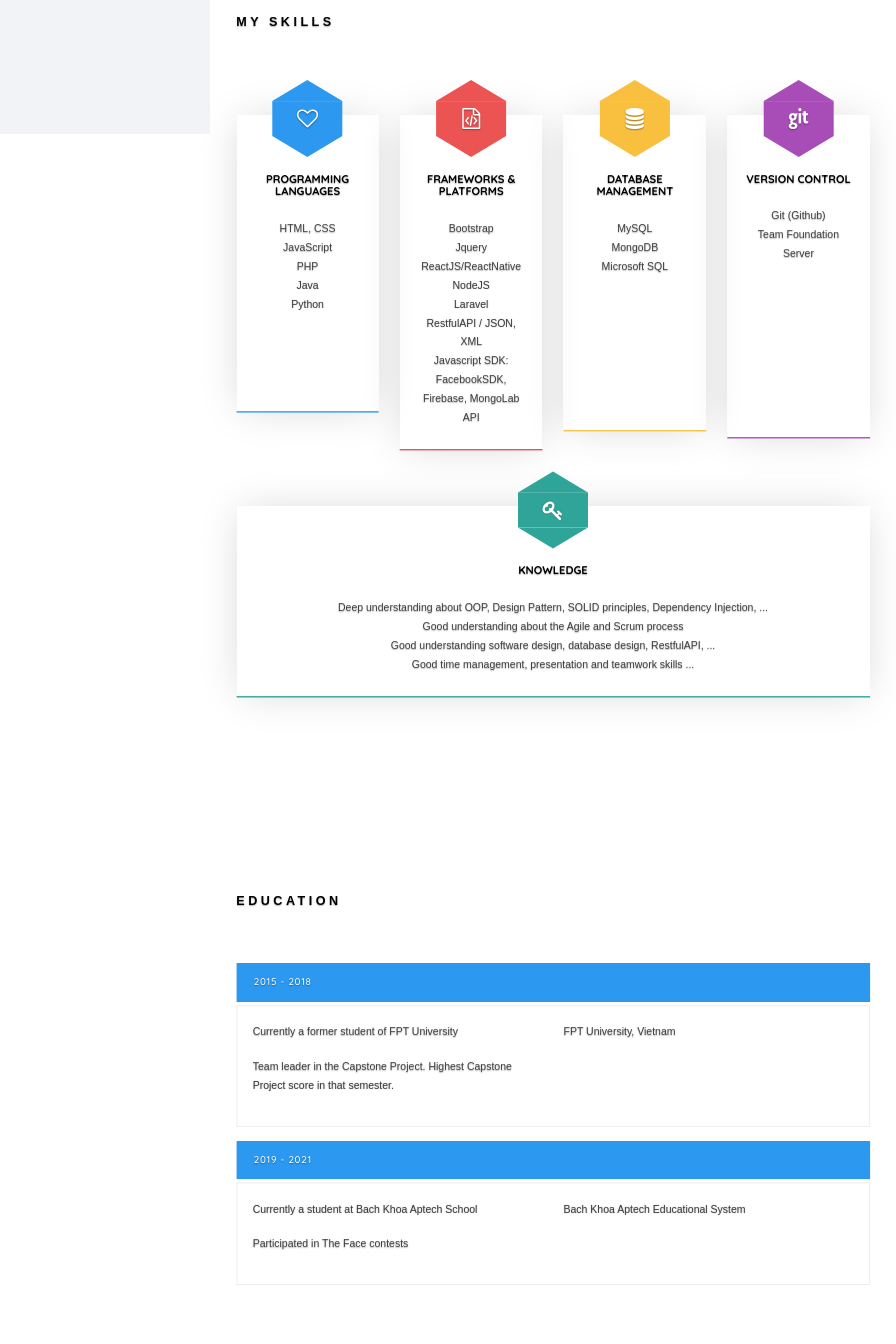
Repository: thinhnpptit/my-cv
Page: index.html
The author's editor kept a copy of each file at every save. The page is drawn from the files as they stood at one save, then again after the next save.
The browser window is 1280 px wide. The pictures show the part of the page from y = 528 to 2448 px (the page is 4248 px tall before and 4275 px after), at 70% of full size.
Some web fonts or font styles are not loaded; a fallback is used.

Above is the page before, as saved 2021-06-22 22:12:13.
Console error: TypeError: $(...).stick_in_parent is not a function

After the next save:
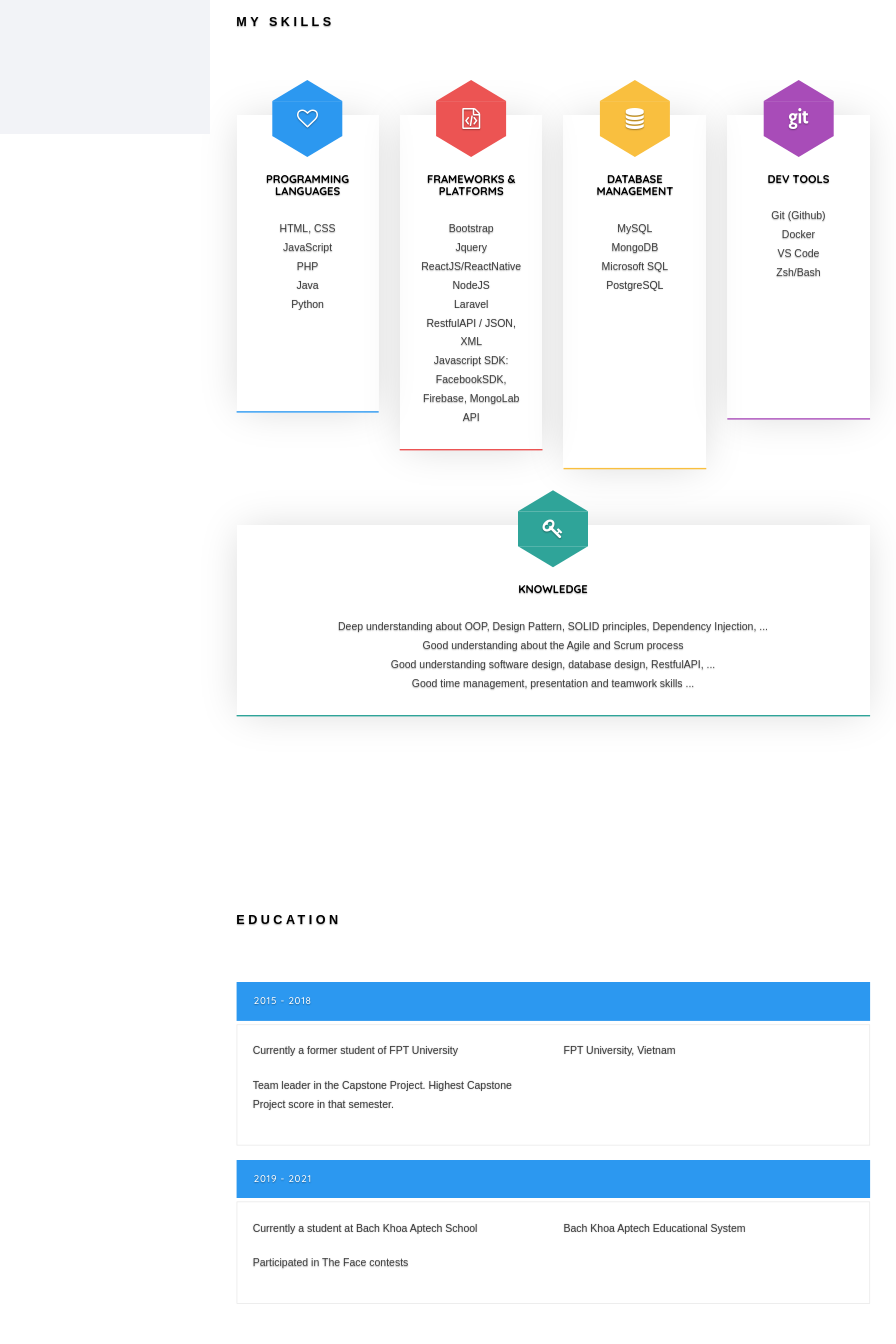
Saved 2 min 0 s later.
--- a/index.html
+++ b/index.html
@@ -166,6 +166,7 @@
 										<li>MySQL</li>
 										<li>MongoDB</li>
 										</li>Microsoft SQL</li>
+										<li>PostgreSQL</li>
 										<br>
 										<br>
 										<br>
@@ -184,12 +185,12 @@
 									<i class="fa fa-git" aria-hidden="true"></i>
 								</span>
 								<div class="desc">
-									<h3>VERSION CONTROL</h3>
+									<h3>Dev Tools</h3>
 									<ul>
 										<li>Git (Github)</li>
-										<li>Team Foundation Server</li>
-										<br>
-										<br>
+										<li>Docker</li>
+										<li>VS Code</li>
+										<li>Zsh/Bash</li>
 										<br>
 										<br>
 										<br>
